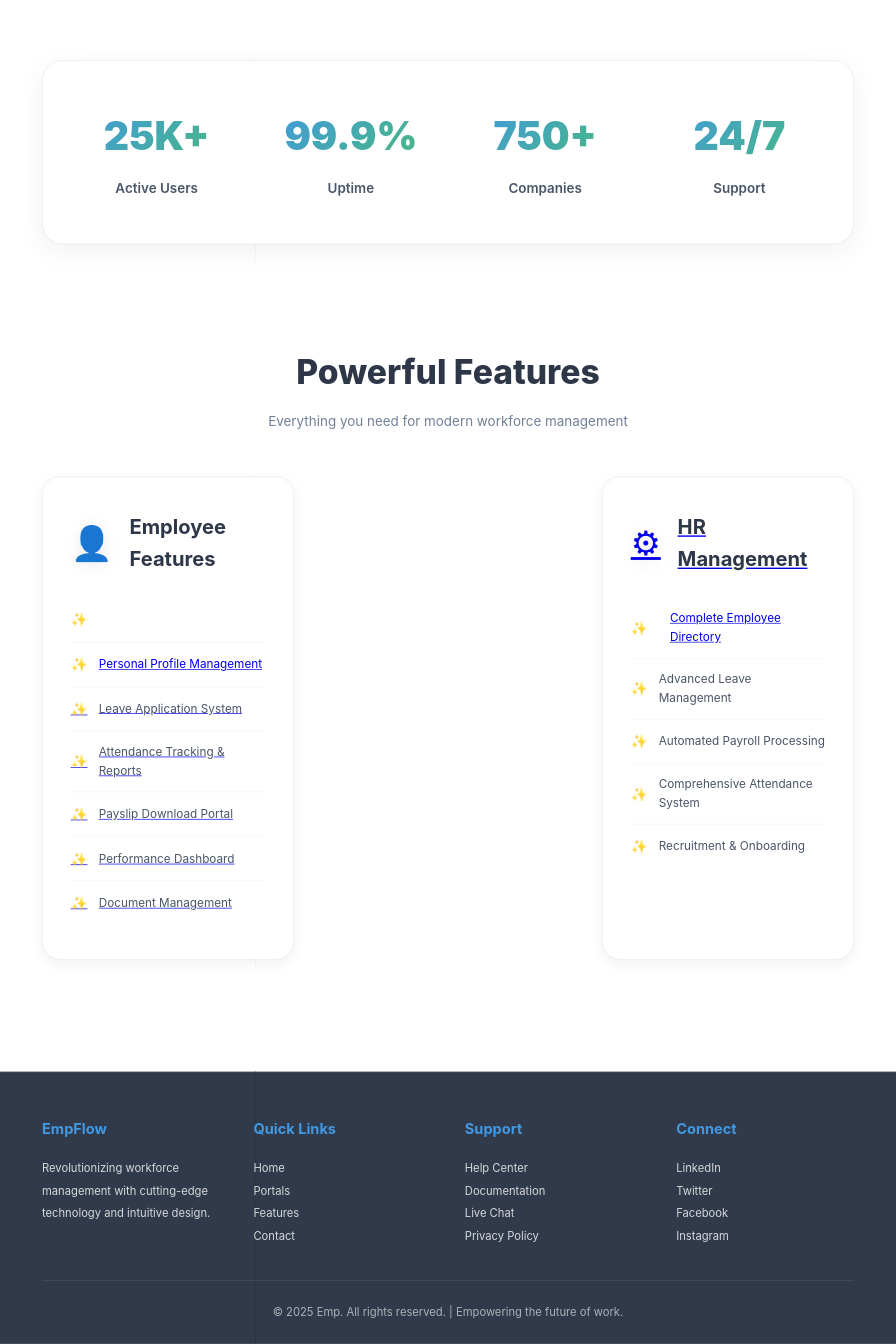
Repository: Shwetannarkhede/EmployeeHub
Page: EmployeeManagemntSystem/src/main/webapp/Home.html
An editor plug-in stored every save of this project. The page is shown before and after the next save, followed by the edit.
The browser window is 1280 px wide. The pictures show the part of the page from y = 1657 to 3577 px (the page is 3577 px tall before and 3513 px after), at 70% of full size.

Above is the page before, as saved 2025-09-23 15:35:06.

### EmployeeManagemntSystem/src/main/webapp/Home.html
<!DOCTYPE html>
<html lang="en">
<head>
    <meta charset="UTF-8">
    <meta name="viewport" content="width=device-width, initial-scale=1.0">
    <title>EmpFlow - Modern Employee Management</title>
    <link rel="stylesheet" href="home.css">
</head>
<body>
    <header>
        <nav class="container">
            <a href="#" class="logo">Emp</a>
            <ul class="nav-links">
                <li><a href="Home.html">Home</a></li>
                <li><a href="#portals">Portals</a></li>
                <li><a href="#features">Features</a></li>
                <li><a href="about.html">About</a></li>
                <li><a href="contact.html">Contact</a></li>
            </ul>
            <div class="auth-buttons">
                <a href="login.html" class="btn-nav btn-login">Login</a>
                <a href="Registration.html" class="btn-nav btn-register">Register</a>
            </div>
            <button class="mobile-menu">☰</button>
        </nav>
    </header>

    <main class="container">
        <section class="hero" id="home">
            <h1>Next-Gen Workforce Management</h1>
            <p class="hero-subtitle">Experience the future of employee management with our intelligent, cloud-based platform. Streamline HR operations, boost productivity, and create extraordinary workplace experiences.</p>
        </section>

        <section class="portal-section" id="portals">
            <h2>Choose Your Experience</h2>
            <p class="portal-subtitle">Select your portal and unlock powerful features tailored for your role</p>

            <div class="portal-grid">
                <div class="portal-card">
                    <span class="portal-icon">👨‍💼</span>
                    <h3>Employee Portal</h3>
                    <p>Your personal workspace to manage profile, track attendance, apply for leaves, and download payslips with ease and efficiency.</p>
                    <div class="card-buttons">
                        <a href="login.html" class="btn btn-primary">🚀 Employee Login</a>
                        <a href="Registration.html" class="btn btn-secondary">📝 Join Now</a>
                    </div>
                </div>

                <div class="portal-card">
                    <span class="portal-icon">👩‍💻</span>
                    <h3>HR Management Hub</h3>
                    <p>Complete HR control center for managing employees, processing payrolls, handling requests, and generating comprehensive reports.</p>
                    <div class="card-buttons">
                        <a href="login.html" class="btn btn-accent">⚡ HR Login</a>
                        <a href="Registration.html" class="btn btn-secondary">🎯 HR Register</a>
                    </div>
                </div>
            </div>
        </section>

        <section class="stats">
            <div class="stats-grid">
                <div class="stat-item">
                    <h3>25K+</h3>
                    <p>Active Users</p>
                </div>
                <div class="stat-item">
                    <h3>99.9%</h3>
                    <p>Uptime</p>
                </div>
                <div class="stat-item">
                    <h3>750+</h3>
                    <p>Companies</p>
                </div>
                <div class="stat-item">
                    <h3>24/7</h3>
                    <p>Support</p>
                </div>
            </div>
        </section>

        <section class="features" id="features">
            <h2>Powerful Features</h2>
            <p class="features-subtitle">Everything you need for modern workforce management</p>

            <div class="features-container">
                <div class="feature-section">
                    <div class="section-header">
                        <span class="section-icon">👤</span>
                        <h3 class="section-title">Employee Features</h3>
                    </div>
                    <ul class="feature-list">
                        <li> <li><a href="directory">Personal Profile Management</li>
                        <li>Leave Application System</li>
                        <li>Attendance Tracking & Reports</li>
                        <li>Payslip Download Portal</li>
                        <li>Performance Dashboard</li>
                        <li>Document Management</li>
                    </ul>
                </div>

                <div class="feature-section">
                    <div class="section-header">
                        <span class="section-icon">⚙</span>
                        <h3 class="section-title">HR Management</h3>
                    </div>
                    <ul class="feature-list">
                        <li><a href="directory">Complete Employee Directory</a></li>
                        <li>Advanced Leave Management</li>
                        <li>Automated Payroll Processing</li>
                        <li>Comprehensive Attendance System</li>
                        <li>Recruitment & Onboarding</li>

                    </ul>
                </div>
            </div>
        </section>
    </main>

    <footer>
        <div class="container">
            <div class="footer-content">
                <div class="footer-section">
                    <h4>EmpFlow</h4>
                    <p>Revolutionizing workforce management with cutting-edge technology and intuitive design.</p>
                </div>
                <div class="footer-section">
                    <h4>Quick Links</h4>
                    <p><a href="#home">Home</a></p>
                    <p><a href="#portals">Portals</a></p>
                    <p><a href="#features">Features</a></p>
                    <p><a href="#contact">Contact</a></p>
                </div>
                <div class="footer-section">
                    <h4>Support</h4>
                    <p><a href="#">Help Center</a></p>
                    <p><a href="#">Documentation</a></p>
                    <p><a href="#">Live Chat</a></p>
                    <p><a href="#">Privacy Policy</a></p>
                </div>
                <div class="footer-section">
                    <h4>Connect</h4>
                    <p><a href="#">LinkedIn</a></p>
                    <p><a href="#">Twitter</a></p>
                    <p><a href="#">Facebook</a></p>
                    <p><a href="#">Instagram</a></p>
                </div>
            </div>
            <div class="footer-bottom">
                <p>&copy; 2025 Emp. All rights reserved. | Empowering the future of work.</p>
            </div>
        </div>
    </footer>


</body>
</html>

### EmployeeManagemntSystem/src/main/webapp/home.css
* {
    margin: 0;
    padding: 0;
    box-sizing: border-box;
}

body {
    font-family: 'Inter', -apple-system, BlinkMacSystemFont, 'Segoe UI', sans-serif;
    line-height: 1.6;
    color: #2d3748;
    background: #ffffff;
    min-height: 100vh;
    position: relative;
    overflow-x: hidden;
}

body::before {
    content: '';
    position: fixed;
    top: 0;
    left: 0;
    width: 100%;
    height: 100%;
    background: radial-gradient(circle at 20% 80%, rgba(66, 153, 225, 0.03) 0%, transparent 50%),
                radial-gradient(circle at 80% 20%, rgba(72, 187, 120, 0.03) 0%, transparent 50%),
                radial-gradient(circle at 40% 40%, rgba(159, 122, 234, 0.02) 0%, transparent 50%);
    z-index: -1;
}

.container {
    max-width: 1200px;
    margin: 0 auto;
    padding: 0 20px;
}

/* Header */
header {
    background: rgba(255, 255, 255, 0.98);
    backdrop-filter: blur(20px);
    border-bottom: 1px solid rgba(226, 232, 240, 0.8);
    padding: 1.2rem 0;
    position: fixed;
    width: 100%;
    top: 0;
    z-index: 1000;
    transition: all 0.3s cubic-bezier(0.4, 0, 0.2, 1);
    box-shadow: 0 1px 3px rgba(0, 0, 0, 0.08);
}

nav {
    display: flex;
    justify-content: space-between;
    align-items: center;
}

.logo {
    font-size: 2.2rem;
    font-weight: 800;
    color: #2d3748;
    text-decoration: none;
    display: flex;
    align-items: center;
    gap: 0.7rem;
    background: linear-gradient(135deg, #4299e1, #48bb78, #9f7aea);
    -webkit-background-clip: text;
    -webkit-text-fill-color: transparent;
    background-clip: text;
}

.logo::before {
    content: "⚡";
    font-size: 2rem;
    -webkit-text-fill-color: #4299e1;
}

.nav-links {
    display: flex;
    list-style: none;
    gap: 2.5rem;
}

.nav-links a {
    color: #4a5568;
    text-decoration: none;
    transition: all 0.3s ease;
    padding: 0.7rem 1.5rem;
    border-radius: 50px;
    font-weight: 500;
    position: relative;
}

.nav-links a::before {
    content: '';
    position: absolute;
    top: 0;
    left: 0;
    width: 100%;
    height: 100%;
    background: linear-gradient(135deg, rgba(66, 153, 225, 0.08), rgba(72, 187, 120, 0.08));
    border-radius: 50px;
    opacity: 0;
    transition: opacity 0.3s ease;
}

.nav-links a:hover::before {
    opacity: 1;
}

.nav-links a:hover {
    color: #2d3748;
    transform: translateY(-2px);
}

.auth-buttons {
    display: flex;
    gap: 1rem;
}

.btn-nav {
    padding: 0.8rem 2rem;
    border-radius: 50px;
    text-decoration: none;
    font-weight: 600;
    transition: all 0.3s cubic-bezier(0.4, 0, 0.2, 1);
    border: none;
    cursor: pointer;
    font-size: 0.95rem;
}

.btn-login {
    background: rgba(66, 153, 225, 0.08);
    color: #4299e1;
    border: 2px solid rgba(66, 153, 225, 0.2);
}

.btn-register {
    background: linear-gradient(135deg, #4299e1, #48bb78);
    color: #fff;
}

.btn-nav:hover {
    transform: translateY(-3px);
    box-shadow: 0 10px 25px rgba(0, 0, 0, 0.12);
}

.btn-login:hover {
    background: rgba(66, 153, 225, 0.15);
    border-color: rgba(66, 153, 225, 0.4);
}

/* Hero Section */
.hero {
    background: #ffffff;
    margin: 140px auto 60px;
    border-radius: 30px;
    padding: 5rem 3rem;
    text-align: center;
    border: 1px solid rgba(226, 232, 240, 0.6);
    animation: fadeInUp 1.2s cubic-bezier(0.4, 0, 0.2, 1);
    position: relative;
    overflow: hidden;
    box-shadow: 0 10px 40px rgba(0, 0, 0, 0.05);
}

.hero::before {
    content: '';
    position: absolute;
    top: 0;
    left: 0;
    width: 100%;
    height: 100%;
    background: linear-gradient(135deg, rgba(66, 153, 225, 0.02), rgba(72, 187, 120, 0.02), rgba(159, 122, 234, 0.01));
    border-radius: 30px;
    z-index: -1;
}

.hero h1 {
    font-size: 4.5rem;
    font-weight: 900;
    margin-bottom: 1.5rem;
    background: linear-gradient(135deg, #2d3748, #4299e1, #48bb78);
    -webkit-background-clip: text;
    -webkit-text-fill-color: transparent;
    background-clip: text;
    line-height: 1.2;
    animation: pulse 3s ease-in-out infinite;
}

.hero-subtitle {
    font-size: 1.4rem;
    color: #718096;
    margin-bottom: 3rem;
    max-width: 750px;
    margin-left: auto;
    margin-right: auto;
    font-weight: 400;
    line-height: 1.6;
}

/* Portal Selection */
.portal-section {
    padding: 5rem 0;
}

.portal-section h2 {
    text-align: center;
    font-size: 3rem;
    font-weight: 800;
    margin-bottom: 1rem;
    color: #2d3748;
}

.portal-subtitle {
    text-align: center;
    color: #718096;
    font-size: 1.2rem;
    margin-bottom: 4rem;
}

.portal-grid {
    display: grid;
    grid-template-columns: repeat(auto-fit, minmax(400px, 1fr));
    gap: 3rem;
    margin-bottom: 5rem;
}

.portal-card {
    background: #ffffff;
    border-radius: 25px;
    padding: 3.5rem 2.5rem;
    text-align: center;
    border: 1px solid rgba(226, 232, 240, 0.8);
    transition: all 0.4s cubic-bezier(0.4, 0, 0.2, 1);
    position: relative;
    overflow: hidden;
    box-shadow: 0 5px 20px rgba(0, 0, 0, 0.06);
}

.portal-card::before {
    content: '';
    position: absolute;
    top: -2px;
    left: -2px;
    right: -2px;
    bottom: -2px;
    background: linear-gradient(135deg, #4299e1, #48bb78, #9f7aea);
    border-radius: 25px;
    z-index: -2;
    opacity: 0;
    transition: opacity 0.4s ease;
}

.portal-card::after {
    content: '';
    position: absolute;
    top: 0;
    left: 0;
    right: 0;
    bottom: 0;
    background: #ffffff;
    border-radius: 25px;
    z-index: -1;
}

.portal-card:hover {
    transform: translateY(-15px);
    box-shadow: 0 20px 40px rgba(0, 0, 0, 0.12);
}

.portal-card:hover::before {
    opacity: 1;
}

.portal-icon {
    font-size: 5rem;
    margin-bottom: 2rem;
    display: block;
    filter: drop-shadow(0 5px 15px rgba(0, 0, 0, 0.08));
}

.portal-card h3 {
    font-size: 2.2rem;
    font-weight: 700;
    margin-bottom: 1.5rem;
    color: #2d3748;
}

.portal-card p {
    color: #718096;
    margin-bottom: 2.5rem;
    line-height: 1.7;
    font-size: 1.05rem;
}

.card-buttons {
    display: flex;
    gap: 1rem;
    justify-content: center;
    flex-wrap: wrap;
}

.btn {
    padding: 1rem 2.5rem;
    border-radius: 50px;
    text-decoration: none;
    font-weight: 600;
    transition: all 0.3s cubic-bezier(0.4, 0, 0.2, 1);
    border: none;
    cursor: pointer;
    font-size: 1rem;
    position: relative;
    overflow: hidden;
}

.btn::before {
    content: '';
    position: absolute;
    top: 0;
    left: -100%;
    width: 100%;
    height: 100%;
    background: linear-gradient(90deg, transparent, rgba(255, 255, 255, 0.3), transparent);
    transition: left 0.5s ease;
}

.btn:hover::before {
    left: 100%;
}

.btn-primary {
    background: linear-gradient(135deg, #4299e1, #3182ce);
    color: #fff;
}

.btn-secondary {
    background: linear-gradient(135deg, #48bb78, #38a169);
    color: #fff;
}

.btn-accent {
    background: linear-gradient(135deg, #9f7aea, #805ad5);
    color: #fff;
}

.btn:hover {
    transform: translateY(-3px);
    box-shadow: 0 10px 25px rgba(0, 0, 0, 0.12);
}

/* Features Section */
.features {
    padding: 5rem 0;
}

.features h2 {
    text-align: center;
    font-size: 3rem;
    font-weight: 800;
    margin-bottom: 1rem;
    color: #2d3748;
}

.features-subtitle {
    text-align: center;
    color: #718096;
    font-size: 1.2rem;
    margin-bottom: 4rem;
}

.features-container {
    display: grid;
    grid-template-columns: repeat(auto-fit, minmax(350px, 1fr));
    gap: 2.5rem;
}

.feature-section {
    background: #ffffff;
    border-radius: 25px;
    padding: 3rem 2.5rem;
    border: 1px solid rgba(226, 232, 240, 0.8);
    transition: all 0.4s ease;
    box-shadow: 0 5px 20px rgba(0, 0, 0, 0.06);
}

.feature-section:hover {
    transform: translateY(-8px);
    background: #ffffff;
    box-shadow: 0 15px 35px rgba(0, 0, 0, 0.1);
    border-color: rgba(66, 153, 225, 0.2);
}

.section-header {
    display: flex;
    align-items: center;
    gap: 1.5rem;
    margin-bottom: 2rem;
}

.section-icon {
    font-size: 3rem;
    filter: drop-shadow(0 3px 10px rgba(0, 0, 0, 0.08));
}

.section-title {
    font-size: 1.8rem;
    font-weight: 700;
    color: #2d3748;
}

.feature-list {
    list-style: none;
}

.feature-list li {
    color: #4a5568;
    padding: 1rem 0;
    border-bottom: 1px solid rgba(226, 232, 240, 0.5);
    transition: all 0.3s ease;
    display: flex;
    align-items: center;
    gap: 1rem;
    font-size: 1.05rem;
}

.feature-list li:last-child {
    border-bottom: none;
}

.feature-list li:hover {
    color: #2d3748;
    padding-left: 1.5rem;
    background: rgba(66, 153, 225, 0.05);
    border-radius: 10px;
}

.feature-list li::before {
    content: "✨";
    font-size: 1.2rem;
    min-width: 1.5rem;
}

/* Stats Section */
.stats {
    background: #ffffff;
    border-radius: 30px;
    padding: 4rem 3rem;
    margin: 4rem auto;
    border: 1px solid rgba(226, 232, 240, 0.8);
    position: relative;
    overflow: hidden;
    box-shadow: 0 10px 40px rgba(0, 0, 0, 0.06);
}

.stats::before {
    content: '';
    position: absolute;
    top: 0;
    left: 0;
    width: 100%;
    height: 100%;
    background: linear-gradient(135deg, rgba(66, 153, 225, 0.02), rgba(72, 187, 120, 0.02));
    z-index: -1;
}

.stats-grid {
    display: grid;
    grid-template-columns: repeat(auto-fit, minmax(200px, 1fr));
    gap: 3rem;
    text-align: center;
}

.stat-item {
    transition: all 0.3s ease;
}

.stat-item:hover {
    transform: scale(1.08);
}

.stat-item h3 {
    font-size: 3.5rem;
    font-weight: 900;
    margin-bottom: 0.8rem;
    background: linear-gradient(135deg, #4299e1, #48bb78);
    -webkit-background-clip: text;
    -webkit-text-fill-color: transparent;
    background-clip: text;
}

.stat-item p {
    color: #4a5568;
    font-size: 1.2rem;
    font-weight: 600;
}

/* Footer */
footer {
    background: rgba(45, 55, 72, 0.98);
    color: #fff;
    padding: 4rem 0 2rem;
    border-top: 1px solid rgba(226, 232, 240, 0.2);
    margin-top: 5rem;
}

.footer-content {
    display: grid;
    grid-template-columns: repeat(auto-fit, minmax(250px, 1fr));
    gap: 3rem;
    margin-bottom: 3rem;
}

.footer-section h4 {
    color: #4299e1;
    margin-bottom: 1.5rem;
    font-size: 1.3rem;
    font-weight: 700;
}

.footer-section p, .footer-section a {
    color: rgba(255, 255, 255, 0.8);
    text-decoration: none;
    line-height: 2;
    transition: color 0.3s ease;
}

.footer-section a:hover {
    color: #48bb78;
}

.footer-bottom {
    text-align: center;
    padding-top: 2rem;
    border-top: 1px solid rgba(255, 255, 255, 0.1);
    color: rgba(255, 255, 255, 0.6);
}

/* Modal Styles */
.modal {
    display: none;
    position: fixed;
    z-index: 2000;
    left: 0;
    top: 0;
    width: 100%;
    height: 100%;
    background: rgba(45, 55, 72, 0.8);
    backdrop-filter: blur(10px);
}

.modal-content {
    background: #ffffff;
    margin: 5% auto;
    padding: 3rem;
    border-radius: 25px;
    width: 90%;
    max-width: 450px;
    position: relative;
    animation: slideIn 0.4s cubic-bezier(0.4, 0, 0.2, 1);
    border: 1px solid rgba(226, 232, 240, 0.8);
    box-shadow: 0 20px 60px rgba(0, 0, 0, 0.15);
}

.close {
    position: absolute;
    right: 1.5rem;
    top: 1.5rem;
    font-size: 2rem;
    cursor: pointer;
    color: #718096;
    transition: color 0.3s ease;
}

.close:hover {
    color: #4299e1;
}

.modal h2 {
    color: #2d3748;
    margin-bottom: 2rem;
    font-size: 1.8rem;
    font-weight: 700;
}

.form-group {
    margin-bottom: 1.5rem;
}

.form-group label {
    display: block;
    margin-bottom: 0.8rem;
    color: #2d3748;
    font-weight: 600;
}

.form-group input, .form-group select {
    width: 100%;
    padding: 1rem;
    border: 2px solid rgba(226, 232, 240, 0.8);
    border-radius: 15px;
    font-size: 1rem;
    transition: border-color 0.3s ease;
    background: #ffffff;
    color: #2d3748;
}

.form-group input:focus, .form-group select:focus {
    outline: none;
    border-color: #4299e1;
    box-shadow: 0 0 0 3px rgba(66, 153, 225, 0.1);
}

.form-submit {
    width: 100%;
    padding: 1.2rem;
    background: linear-gradient(135deg, #4299e1, #48bb78);
    color: white;
    border: none;
    border-radius: 15px;
    font-size: 1.1rem;
    font-weight: 600;
    cursor: pointer;
    transition: all 0.3s ease;
}

.form-submit:hover {
    transform: translateY(-2px);
    box-shadow: 0 10px 25px rgba(0, 0, 0, 0.12);
}

/* Animations */
@keyframes fadeInUp {
    from {
        opacity: 0;
        transform: translateY(40px);
    }
    to {
        opacity: 1;
        transform: translateY(0);
    }
}

@keyframes pulse {
    0%, 100% { transform: scale(1); }
    50% { transform: scale(1.02); }
}

@keyframes slideIn {
    from {
        opacity: 0;
        transform: translateY(-50px) scale(0.9);
    }
    to {
        opacity: 1;
        transform: translateY(0) scale(1);
    }
}

/* Responsive Design */
@media (max-width: 768px) {
    .nav-links {
        display: none;
    }

    .hero {
        padding: 3rem 2rem;
        margin: 120px auto 40px;
    }

    .hero h1 {
        font-size: 3rem;
    }

    .portal-grid {
        grid-template-columns: 1fr;
        gap: 2rem;
    }

    .portal-card {
        padding: 2.5rem 2rem;
    }

    .card-buttons {
        flex-direction: column;
    }

    .features-container {
        grid-template-columns: 1fr;
    }

    .stats-grid {
        grid-template-columns: repeat(2, 1fr);
        gap: 2rem;
    }

    .auth-buttons {
        flex-direction: column;
        gap: 0.5rem;
    }

    .btn-nav {
        padding: 0.7rem 1.5rem;
        font-size: 0.9rem;
    }
}

@media (max-width: 480px) {
    .hero h1 {
        font-size: 2.5rem;
    }

    .stats-grid {
        grid-template-columns: 1fr;
    }

    .portal-card {
        padding: 2rem 1.5rem;
    }

    .feature-section {
        padding: 2rem 1.5rem;
    }
}

.mobile-menu {
    display: none;
    background: none;
    border: none;
    color: #4a5568;
    font-size: 1.8rem;
    cursor: pointer;
}

@media (max-width: 768px) {
    .mobile-menu {
        display: block;
    }
}

After the next save:
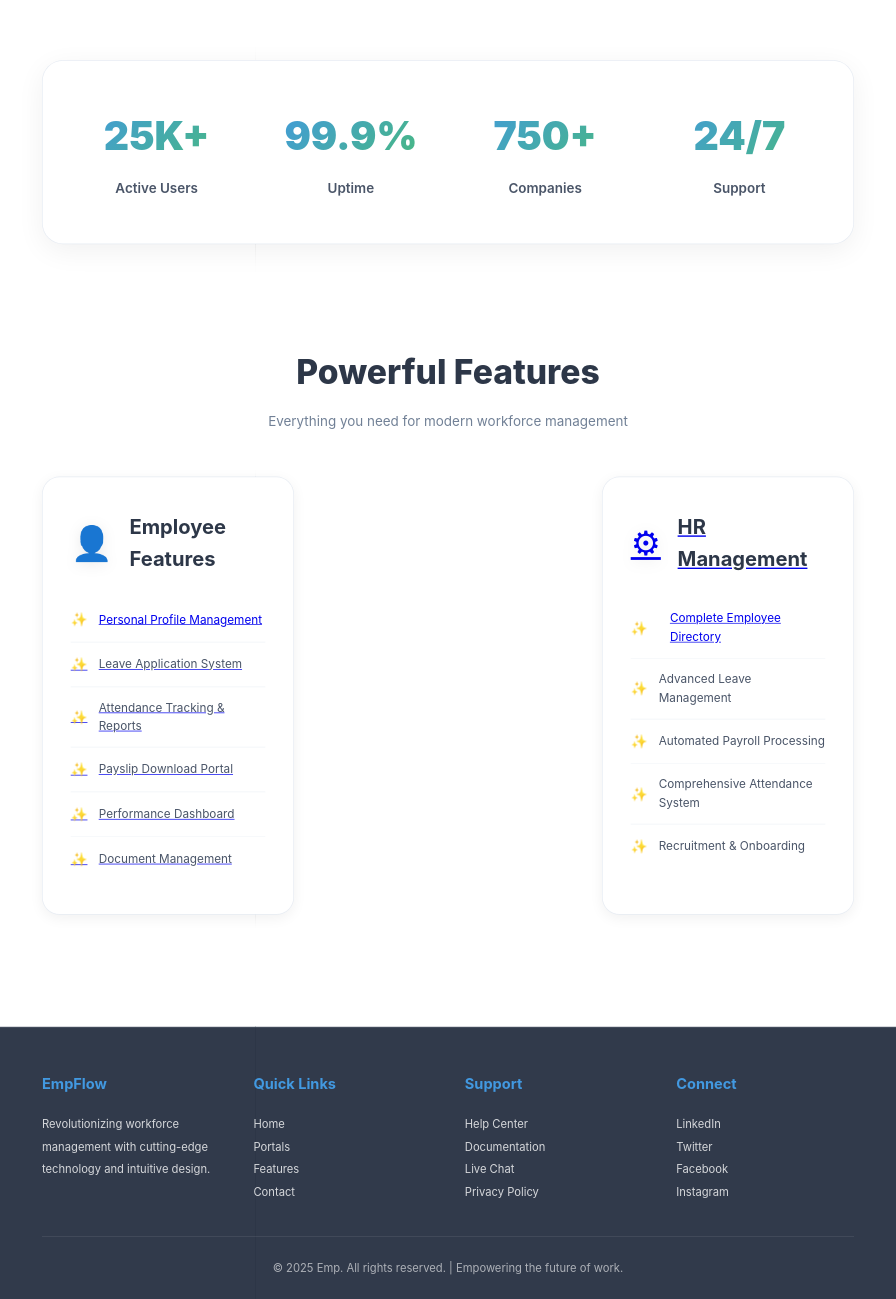
Saved 33 s later.
--- a/EmployeeManagemntSystem/src/main/webapp/Home.html
+++ b/EmployeeManagemntSystem/src/main/webapp/Home.html
@@ -90,7 +90,7 @@
                         <h3 class="section-title">Employee Features</h3>
                     </div>
                     <ul class="feature-list">
-                        <li> <li><a href="directory">Personal Profile Management</li>
+                        <li><a href="directory">Personal Profile Management</li>
                         <li>Leave Application System</li>
                         <li>Attendance Tracking & Reports</li>
                         <li>Payslip Download Portal</li>
